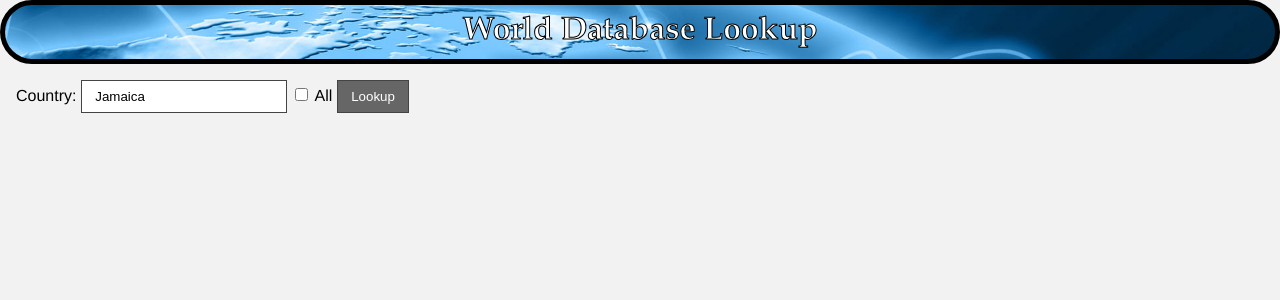
Repository: zBraVo17/info2180-lab7
Page: index.html
The author's editor kept a record of every edit. The page is drawn from the files as they stood at one moment, then again after the next edit.
The browser window is 1280 px wide. The pictures show the whole page.
Some web libraries are served in a nearby version.

Above is the page before.

### index.html
<!DOCTYPE html>
<html>
	<head>
        <meta charset="utf-8">
		<title>World Database Lookup</title>

		<!-- you can modify this as needed or to your preference -->
		<link href="world.css" type="text/css" rel="stylesheet" />

		<script src="https://code.jquery.com/jquery-3.1.1.min.js"></script>

		<!-- you write this -->
		<script src="world.js" type="text/javascript"></script>
	</head>

	<body>
		<h1>World Database Lookup</h1>

		<div id="controls">
			<label for="country">Country:</label>
			<input id="country" type="text" name="country" value="Jamaica" />
			<button id="lookup">Lookup</button>
		</div>

		<div id="result">
			<!-- countries will appear here -->
		</div>

	</body>
</html>

### world.css
body{
    padding: 0;
    margin: 0;
    font-size: 16px;
    font-family: Helvetica, Arial, sans-serif;
    background-color: #f2f2f2;
}
.error{
    padding: 5px 0;
    color: red;
    border-radius: 4px;
}
button{
    display: inline-block;
    background: #666666;
    color: #fff;
}

button,input#country{
    border: 1px solid #444;
    padding: 8px 1em;
}
h1{

    background-image: url('Global-Banner.jpg');
    background-size: cover;
    background-repeat: no-repeat;
    font-family: Palatino;
    border-style: solid;
    border-width: thick;
    border-color: #000;
    border-radius: 40px;
    text-align: center;
    -webkit-text-stroke: 1px black;
    color: #fff;
    margin: 0;
    padding: 8px 16px;
}
#controls, #result{
    margin: 1em;
}
ul{
    list-style: none;
    padding: 0;
}
ul li{
    margin-bottom: 8px;
}

### world.js
/* global $*/

function getCountry(countr) {
    // jquery $.get
    $.get('world.php', countr, addResult);
}

function addResult(results) {
    document.getElementById('result').innerHTML = results;
}

document.addEventListener('DOMContentLoaded', function() {

    // jquery .before
    $('#lookup').before('<input type="checkbox" name="all" value="true" id="allResult"> All ');

    document.getElementById('lookup').addEventListener('click', function() {
        var country = document.getElementById('country').value;
        var all = document.getElementById('allResult').checked;
        var countr;

        if ( all )
            countr = {all: true};
        else
            countr = {country: country};

        getCountry(countr);
    });
});

After the next edit:
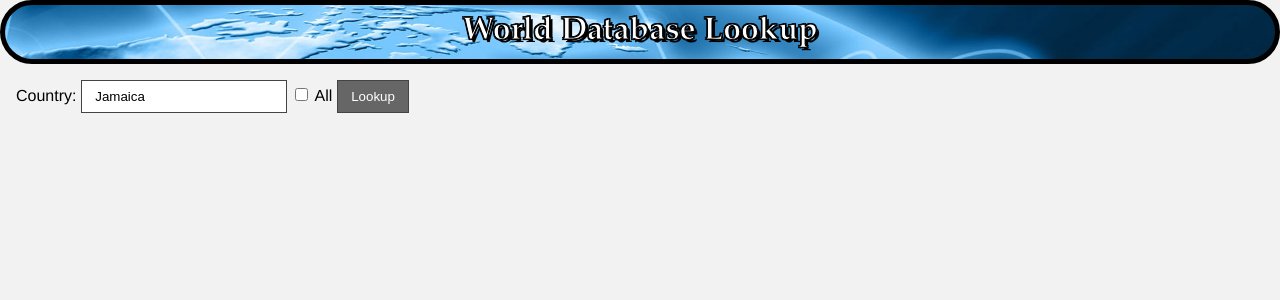
The edit:
--- a/world.css
+++ b/world.css
@@ -35,6 +35,15 @@
     color: #fff;
     margin: 0;
     padding: 8px 16px;
+
+       -webkit-text-stroke: 1px black;
+       color: white;
+       text-shadow:
+       3px 3px 0 #000,
+     -1px -1px 0 #000,
+      1px -1px 0 #000,
+      -1px 1px 0 #000,
+       1px 1px 0 #000;
 }
 #controls, #result{
     margin: 1em;

After the 2 edits that followed:
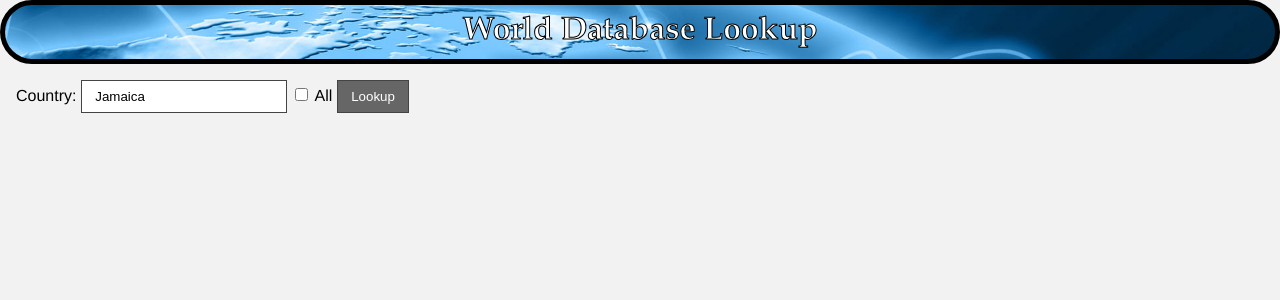
The 2 edits are shown as one change because 1 left the picture as it was.
The edit:
--- a/world.css
+++ b/world.css
@@ -31,19 +31,10 @@
     border-color: #000;
     border-radius: 40px;
     text-align: center;
-    -webkit-text-stroke: 1px black;
     color: #fff;
     margin: 0;
     padding: 8px 16px;
-
-       -webkit-text-stroke: 1px black;
-       color: white;
-       text-shadow:
-       3px 3px 0 #000,
-     -1px -1px 0 #000,
-      1px -1px 0 #000,
-      -1px 1px 0 #000,
-       1px 1px 0 #000;
+    -webkit-text-stroke: 1px black;
 }
 #controls, #result{
     margin: 1em;
